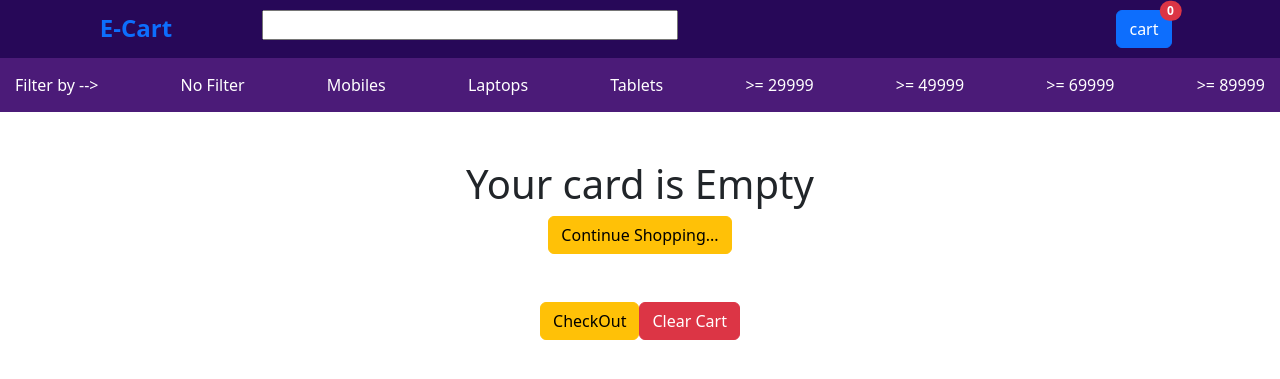
Repository: AMIT1439027/React-ECommerce-cart
Page: /cart
The author's editor kept a copy of each file at every save. The page is drawn from the files as they stood at one save, then again after a run of saves.
The browser window is 1280 px wide. The pictures show the whole page.
The project was rebuilt for these pictures with package versions that can differ from the ones it lists, and the page was loaded fresh each time. Also part of the build but not shown: vite.config.js, src/components/Product.jsx, src/components/ProductDetail.jsx, src/components/Searchitem.jsx.

Above is the page before, as saved 2024-03-14 10:49:42.

### index.html
<!doctype html>
<html lang="en">
  <head>
    <meta charset="UTF-8" />
    <link rel="icon" type="image/svg+xml" href="/vite.svg" />
    <meta name="viewport" content="width=device-width, initial-scale=1.0" />
    <title>React E-Cart</title>
    <link href="https://cdn.jsdelivr.net/npm/bootstrap@5.3.3/dist/css/bootstrap.min.css" rel="stylesheet" integrity="sha384-QWTKZyjpPEjISv5WaRU9OFeRpok6YctnYmDr5pNlyT2bRjXh0JMhjY6hW+ALEwIH" crossorigin="anonymous">
  </head>
  <body>
    <div id="root"></div>
    <script type="module" src="/src/main.jsx"></script>
  </body>
</html>

### src/App.jsx
import React, { useState } from "react";
import { BrowserRouter as Router, Routes, Route } from "react-router-dom";
import Navbar from "./components/Navbar";
import Product from "./components/Product";
import ProductDetail from "./components/ProductDetail";
import Searchitem from "./components/Searchitem";
import Cart from "./components/Cart";
import { items } from "./components/Data";

const App = () => {
  const [data, setData] = useState([...items]);
  const [cart, setCart] = useState([]);
  return (
    <>
      <Router>
        <Navbar cart={cart} setData={setData} />
        <Routes>
          <Route
            path="/"
            element={<Product cart={cart} setCart={setCart} items={data} />}
          />
          <Route path="/cart" element={<Cart cart={cart} setCart={setCart} />} />
          {/* Dynamic Routes  */}
          <Route path="/product/:id" element={<ProductDetail />} />
          <Route path="/search/:term" element={<Searchitem />} />
        </Routes>
      </Router>
    </>
  );
};

export default App;

### src/index.css
.nav-bar{
    display: flex;
    justify-content: space-between;
    background-color: #270858;
    padding: 10px;

    color: white;
}
.brand{
    font-weight: bolder;
    width: 20%;
    text-align: center;
    font-size: 1.5rem;
    text-decoration: none;
}

.search-bar{
    width: 60%;

}
.search-bar input{
    width: 55%;
    /* text-align: center; */
}

input::placeholder{
    padding: 10px;
    font-weight: bold;
}
.cart{
    width: 20%;
    text-align: center;
    font-weight: 1.5rem;
    text-decoration: none;
    color:white;
}
.nav-bar-wrapper{
    display: flex;
    justify-content: space-between;
    padding: 15px;
    background-color:#4b1b78;
    color:white

    /* font-weight: bold; */
}

.img{
    display: flex;
    justify-content: center;
    align-items:center ;

}

.img img{
    width: 350px;
    height: 350px;
}

.con{
    display: flex;
    justify-content: center;
    align-items:center;
    gap:4rem;

}

### src/components/Navbar.jsx
import React, { useState } from "react";
import { Link, useNavigate } from "react-router-dom";
import { items } from "./Data";

const Navbar = ({ setData , cart}) => {
 const [searchTerm, setSearchTerm] = useState(" ")
 const navigate = useNavigate();

  const filterByCategory = (category) => {
    const element = items.filter((product) => product.category === category);
    setData(element);
  };

  const filterByPrice = (price) =>{
    const element = items.filter((product)=>product.price >= price)
    setData(element)
  }

  const  handleSubmit = (e)=>{
    e.preventDefault();
    navigate(`/search/${searchTerm}`)
    setSearchTerm("")
  }
  return (
    <>
      <header className="sticky-top">
        <div className="nav-bar">
          <Link to={"/"} className="brand">
            E-Cart
          </Link>
          <form
          // onClick={handleSubmit}
          onSubmit={handleSubmit}
          className="search-bar">

            <input
            value={searchTerm}
            onChange={(e)=>setSearchTerm(e.target.value)}
            type="text"
            placeholder="Search Products"
            />
          </form>
          <Link to={"/cart"} className="cart">
          <button type="button" className="btn btn-primary position-relative">
 cart
  <span className="position-absolute top-0 start-100 translate-middle badge rounded-pill bg-danger">
    {cart.length}
    <span className="visually-hidden">unread messages</span>
  </span>
</button>
          </Link>
        </div>

        <div className="nav-bar-wrapper">
          <div className="items">Filter by -{"->"}</div>
          <div onClick={()=>setData(items)}
           className="items">No Filter</div>

          <div onClick={() => filterByCategory("mobiles")} className="items">
            Mobiles
          </div>
          <div onClick={() => filterByCategory("laptops")}
           className="items">Laptops</div>
          <div  onClick={() => filterByCategory("tablets")}
          className="items">Tablets</div>

          <div  onClick={()=>filterByPrice(29999)}
          className="items">{">="} 29999</div>
          <div onClick={()=>filterByPrice(49999)}
          className="items">{">="} 49999</div>
          <div onClick={()=>filterByPrice(69999)}
          className="items">{">="} 69999</div>
          <div onClick={()=>filterByPrice(89999)}
          className="items">{">="} 89999</div>
        </div>
      </header>
    </>
  );
};

export default Navbar;

### src/components/Cart.jsx
import React from "react";
import { Link } from "react-router-dom";

const Cart = ({ cart, setCart }) => {
  return (
    <>
      <div className="container my-5" style={{ width: "54%" }}>
        {cart.length == 0 ? (
          <>
            <div className="text-center">
              <h1>Your card is Empty</h1>
              <Link to={"/"} className="btn btn-warning">Continue Shopping...</Link>
            </div>
          </>
        ) : (
          cart.map((product) => {
            return (
              <>
                <div className="card mb-3 my-5" style={{ width: "700px" }}>
                  <div className="row g-0">
                    <div className="col-md-4">
                      <img
                        src={product.imgSrc}
                        className="img-fluid rounded-start"
                        alt="..."
                      />
                    </div>
                    <div className="col-md-8">
                      <div className="card-body text-center ">
                        <h5 className="card-title">{product.title}</h5>
                        <p className="card-text">{product.description}</p>
                        <button className="btn btn-primary mx-3">
                          {product.price} ₹
                        </button>
                        <button className="btn btn-warning">Buy Now</button>
                      </div>
                    </div>
                  </div>
                </div>
              </>
            );
          })
        )}
      </div>

      <div className="container text-center my-5" style={{display:'flex',
    justifyContent:'center',
    alignItems:'center'
    }}>
        <button className="btn btn-warning ">CheckOut</button>
        <button onClick={()=>setCart("")} className="btn btn-danger">Clear Cart</button>
      </div>
    </>
  );
};

export default Cart;

### src/components/Data.jsx
export const items =  [
    {
      id: 1,
      category: 'mobiles',
      title: "Apple iPhone 14",
      imgSrc: 'https://m.media-amazon.com/images/I/71xb2xkN5qL._SL1500_.jpg',
      amazonLink: 'https://amzn.to/3PuckZp',
      description: 'Apple iPhone 14 (128 GB) - Blue',
      price: '89999',
    },
    {
      id: 5,
      category: 'laptops',
      title: "Xiaomi [Smartchoice] Notebookpro",
      imgSrc: 'https://m.media-amazon.com/images/I/71TPda7cwUL._SL1500_.jpg',
      amazonLink: 'https://amzn.to/3EzeQaC',
      description: 'Xiaomi [Smartchoice] Notebookpro ',
      price: '49999',
    },
    {
      id: 7,
      category: 'tablets',
      title: "Xiaomi Pad 6",
      imgSrc: 'https://m.media-amazon.com/images/I/51b9LjzmPCL._SL1080_.jpg',
      amazonLink: 'https://amzn.to/3ZeNRdY',
      description: 'Xiaomi Pad 6| Qualcomm Snapdragon 870| ',
      price: '29999',
    },
    {
      id: 2,
      category: 'mobiles',
      title: "Apple iPhone 11",
      imgSrc: 'https://m.media-amazon.com/images/I/71xb2xkN5qL._SL1500_.jpg',
      amazonLink: 'https://amzn.to/44MiYi6',
      description: 'Apple iPhone 11 (64GB) - White',
      price: '79999',
    },
    {
      id: 6,
      category: 'tablets',
      title: "Lenovo Tab P12 Pro AMOLED",
      imgSrc: 'https://m.media-amazon.com/images/I/51b9LjzmPCL._SL1080_.jpg',
      amazonLink: 'https://amzn.to/3RabsdH',
      description: 'Lenovo Tab P12 Pro AMOLED (12.6 inch (32 cm), 8 GB, 256 GB, Wi-fi Only), Storm Grey with Precision Pen 3',
      price: '19999',
    },
    {
      id: 3,
      category: 'mobiles',
      title: "Apple iPhone 13",
      imgSrc: 'https://m.media-amazon.com/images/I/71xb2xkN5qL._SL1500_.jpg',
      amazonLink: 'https://amzn.to/3r6XJtv',
      description: 'Apple iPhone 13 (128GB) - Blue',
      price: '69999',
    },
    {
      id: 4,
      category: 'laptops',
      title: "Lenovo IdeaPad Slim 5 ",
      imgSrc: 'https://m.media-amazon.com/images/I/71TPda7cwUL._SL1500_.jpg',
      amazonLink: 'https://amzn.to/44JsK4r',
      description: 'Lenovo IdeaPad Slim 5 Intel Core i5 12450H 14" (35.5cm) ',
      price: '29999',
    },
    {
      id: 9,
      category: 'tablets',
      title: "Samsung Galaxy Tab A8",
      imgSrc: 'https://m.media-amazon.com/images/I/51b9LjzmPCL._SL1080_.jpg',
      amazonLink: 'https://amzn.to/3Pdsh4F',
      description: 'Samsung Galaxy Tab A8 26.69cm (10.5 inch) Display, RAM 4 GB, ROM 64 GB Expandable, Wi-Fi Tablet, Gray, (SM-X200NZAEINU)',
      price: '49999',
    },
    {
      id: 8,
      category: 'laptops',
      title: "Apple MacBook Air Laptop",
      imgSrc: 'https://m.media-amazon.com/images/I/71TPda7cwUL._SL1500_.jpg',
      amazonLink: 'https://amzn.to/3r9rvhm',
      description: 'Apple MacBook Air Laptop M1 chip, 13.3-inch/33.74 cm Retina Display, ',
      price: '89999',
    },


  ]

Loaded but not shown: src/main.jsx (common file)

After the next 2 saves:
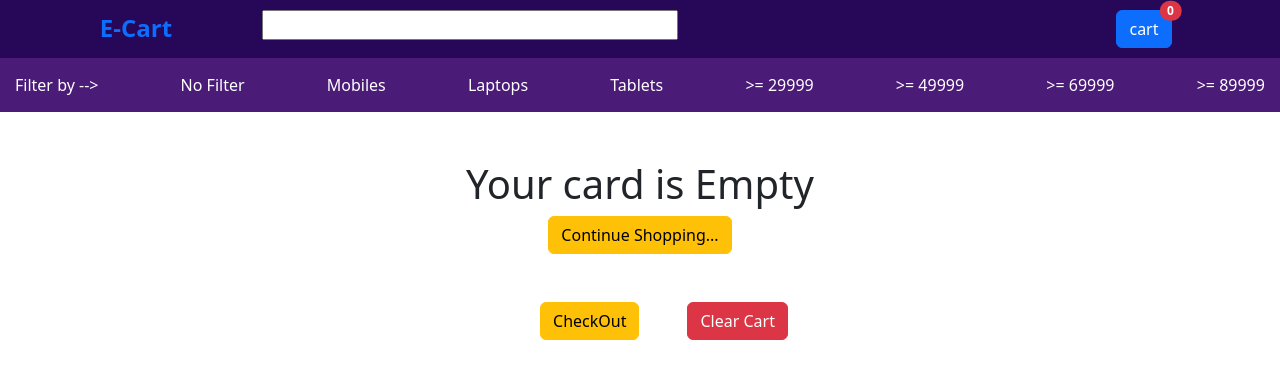
The 2 saves are shown as one change because they came seconds apart.
The last was saved 12 s later.
--- a/src/components/Cart.jsx
+++ b/src/components/Cart.jsx
@@ -47,7 +47,7 @@ const Cart = ({ cart, setCart }) => {
     justifyContent:'center',
     alignItems:'center'
     }}>
-        <button className="btn btn-warning ">CheckOut</button>
+        <button className="btn btn-warning mx-5">CheckOut</button>
         <button onClick={()=>setCart("")} className="btn btn-danger">Clear Cart</button>
       </div>
     </>
